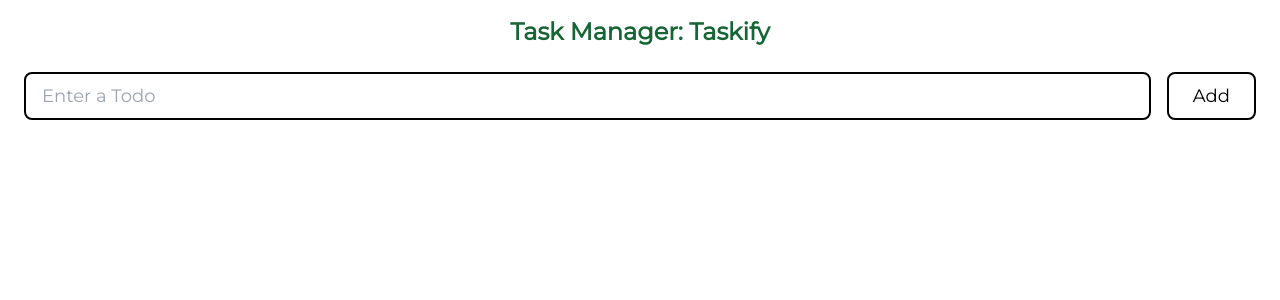
Repository: Dineshbhandari2023/Todo
Page: /
An editor plug-in stored every save of this project. The page is shown before and after the next save, followed by the edit.
The browser window is 1280 px wide. The pictures show the whole page.
Some web fonts or font styles are not loaded; a fallback is used. The project was rebuilt for these pictures with package versions that can differ from the ones it lists, and the page was loaded fresh each time.

Above is the page before, as saved 2025-06-18 23:43:35.

### src/App.tsx
import React, { useState } from "react";
import "./App.css";
import InputFields from "./Components/InputFields";
import { Todo } from "./model";

// //Learning Types
// let name: string;
// let age: number;
// let hobbies: string[];
// let role: [number, number, string];

// // Objects Can be defined using: types or interface
// type Animal = {
//   name: string;
//   age: number;
//   color?: string;
// };

// let myAnimal: Animal = {
//   name: "Dog",
//   age: 3,
//   color: "Brown",
// };

// let Animals: Animal[];

// //defining function in ts
// function printAnything(Animal: string) {
//   console.log(Animal);
// }

// printAnything("DOG");

const App: React.FC = () => {
  const [todo, setTodo] = useState<string>("");
  const [todos, setTodos] = useState<Todo[]>([]);

  const handleAdd = (e: React.FormEvent) => {
    e.preventDefault();
    if (todo) {
      setTodos([...todos, { id: Date.now(), todo: todo, isDone: false }]);
      setTodo("");
    }
  };
  console.log(todos);

  return (
    <div className="App">
      <h1 className="font-extrabold text-green-800 text-2xl mt-4">
        Task Manager: Taskify
      </h1>
      <InputFields todo={todo} setTodo={setTodo} handleAdd={handleAdd} />
    </div>
  );
};

export default App;

### src/App.css
@import url("https://fonts.googleapis.com/css2?family=Montserrat:ital@0;1&family=Savate:ital,wght@0,200..900;1,200..900&display=swap");

.App {
  text-align: center;
  font-family: "Montserrat", sans-serif;
}

### src/Components/InputFields.tsx
import React from "react";

interface Props {
  todo: string;
  setTodo: React.Dispatch<React.SetStateAction<string>>;
  handleAdd: (e: React.FormEvent) => void;
}

const InputFields = ({ todo, setTodo, handleAdd }: Props) => {
  return (
    <form className="flex gap-4 m-6" onSubmit={handleAdd}>
      <input
        type="text"
        value={todo}
        onChange={(e) => setTodo(e.target.value)}
        placeholder="Enter a Todo"
        className="flex-1 px-4 py-2 border-2 border-black rounded-lg text-lg focus:outline-none focus:ring-2 focus:ring-blue-500"
      />
      <button
        className="px-6 py-2 bg-white border-2 border-black rounded-lg text-lg font-medium hover:bg-blue-600 focus:outline-none focus:ring-2 focus:ring-blue-500"
        type="submit"
      >
        Add
      </button>
    </form>
  );
};

export default InputFields;

Loaded but not shown: public/index.html (common file); src/index.tsx (common file); src/index.css (common file); tailwind.config.js (common file)

After the next save:
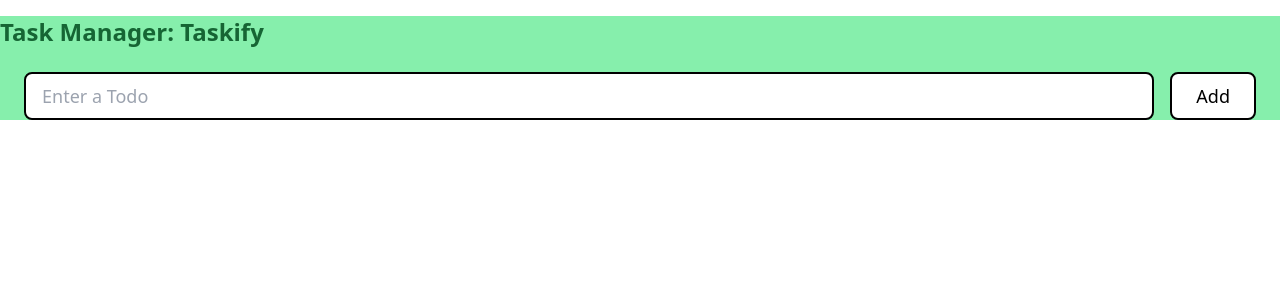
Saved 29 min 48 s later.
--- a/src/App.tsx
+++ b/src/App.tsx
@@ -45,7 +45,7 @@ const App: React.FC = () => {
   console.log(todos);
 
   return (
-    <div className="App">
+    <div className="bg-green-300">
       <h1 className="font-extrabold text-green-800 text-2xl mt-4">
         Task Manager: Taskify
       </h1>
